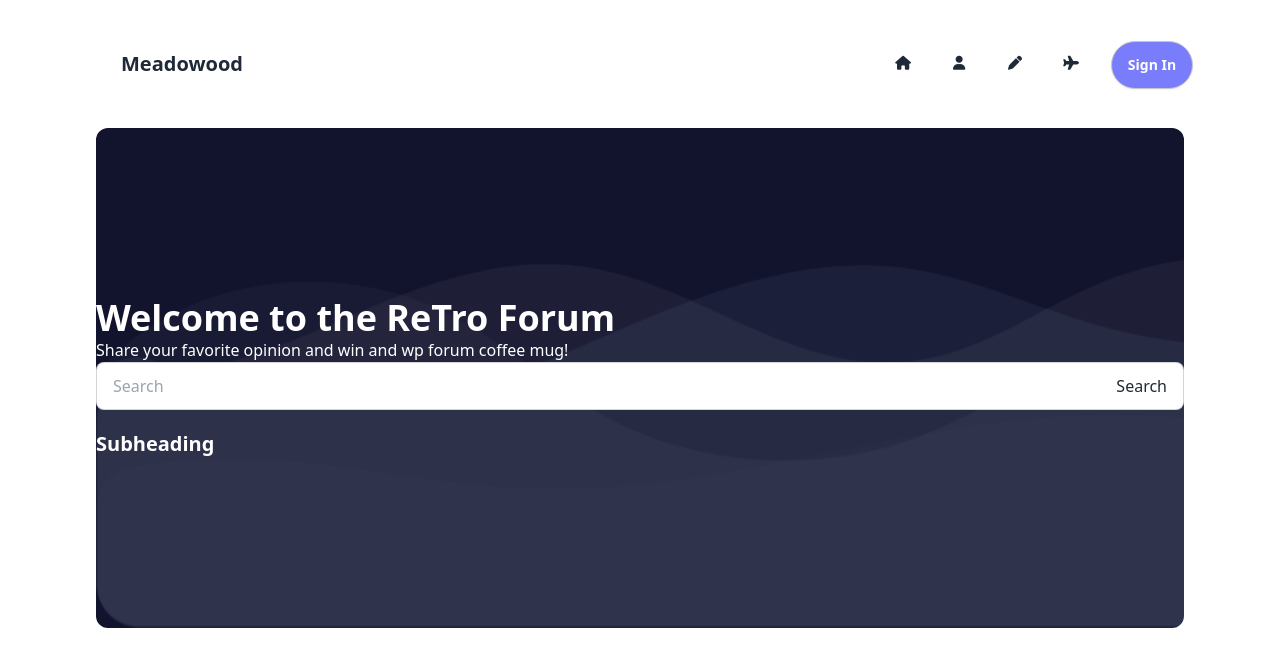
Repository: RudrasahaDibos/Meadowood-Forum
Page: index.html
These files come from the project's save history. The page is drawn as it stood at one moment and after the next save; the edit follows.
The browser window is 1280 px wide. The pictures show the whole page.
Some web libraries are served in a nearby version.

Above is the page before, as saved 2024-11-24 12:41:12.

### index.html
<!DOCTYPE html>
<html lang="en">
    <head>
        <meta charset="UTF-8">
        <meta name="viewport" content="width=device-width, initial-scale=1.0">
        <title>Meadowood Forum</title>

        <!-- tailwind  -->
        <link
            href="https://cdn.jsdelivr.net/npm/daisyui@4.12.14/dist/full.min.css"
            rel="stylesheet" type="text/css" />
        <script src="https://cdn.tailwindcss.com"></script>

        <!-- font awesome  -->
        <link rel="stylesheet"
            href="https://cdnjs.cloudflare.com/ajax/libs/font-awesome/6.7.1/css/all.min.css"
            integrity="sha512-5Hs3dF2AEPkpNAR7UiOHba+lRSJNeM2ECkwxUIxC1Q/FLycGTbNapWXB4tP889k5T5Ju8fs4b1P5z/iB4nMfSQ=="
            crossorigin="anonymous" referrerpolicy="no-referrer" />

    </head>
    <body class="container mx-auto lg:px-24 px-8">
        <!-- header is start here  -->
        <header class="mt-8">
            <!-- navbar is start here  -->
            <div class="navbar bg-base-100">
                <div class="flex-1">
                    <a class="btn btn-ghost text-xl">Meadowood</a>
                </div>
                <div class="flex-none">
                    <div class="dropdown dropdown-end mr-6">
                        <div  role="button"
                            class="btn btn-ghost btn-circle flex w-full  ">
                            <div class="indicator rounded-full border-1 h-8 w-8 mr-4 tooltip" data-tip="home">
                                <i class="fa-solid fa-house h-5 w-5 mx-auto mt-2"></i>
                            </div>
                            <div class="indicator rounded-full border-1 h-8 w-8 mr-4 tooltip" data-tip="User">
                                <i class="fa-solid fa-user h-5 w-5 mx-auto mt-2"></i>
                            </div>
                            <div class="indicator rounded-full border-1 h-8 w-8 mr-4 tooltip" data-tip="pen">
                                <i class="fa-solid fa-pen h-5 w-5 mx-auto mt-2"></i>
                            </div>
                            <div class="indicator rounded-full border-1 h-8 w-8 mr-4 tooltip" data-tip="flight">
                                <i class="fa-solid fa-plane h-5 w-5 mx-auto mt-2"></i>
                            </div>
                        </div>

                    </div>
                    <div class="dropdown dropdown-end">
                        <div tabindex="0" role="button"
                            class="btn btn-ghost btn-circle avatar">

                                <button class="btn btn-active bg-[#797DFC] text-white rounded-full ">Sign In</button>

                        </div>
                        <ul
                            tabindex="0"
                            class="menu menu-sm dropdown-content bg-base-100 rounded-box z-[1] mt-3 w-52 p-2 shadow">
                            <li>
                                <a class="justify-between">
                                    Profile
                                    <span class="badge">New</span>
                                </a>
                            </li>
                            <li><a>Settings</a></li>
                            <li><a>Logout</a></li>
                        </ul>
                    </div>
                </div>
            </div>
            <!-- navbar is  end here  -->

             <!-- bannner start here  -->
             <div class="w-full relative bg-no-repeat bg-cover h-[500px] z-0 rounded-xl overflow-hidden mt-8 bg-[#12132D]" style="background-image: url('/images/bgbanner.png');">
                <div class="relative top-0 left-0 w-full h-full z-10  flex  justify-center flex-col gap-5 ">

                  <div>
                    <h2 class="text-4xl font-bold font-manrope text-white">Welcome to the ReTro Forum</h2>
                    <p class="text-white">Share your favorite opinion and win and wp forum coffee mug!</p>
                    <label class="input input-bordered flex items-center gap-2 ">
                        <input type="text" class="grow" placeholder="Search" />
                         <button>Search</button>
                      </label>
                  </div>

                <h6 class="text-xl font-bold font-manrope text-white">Subheading</h6>

                </div>
                </div>
             <!-- bannner end here  -->




        </header>
        <!-- header is end here  -->

        <!-- main is start here  -->
        <main>

        </main>
        <!-- main is end here  -->

        <!-- footer is start here  -->

        <!-- footer is end here  -->
    </body>
</html>

After the next save:
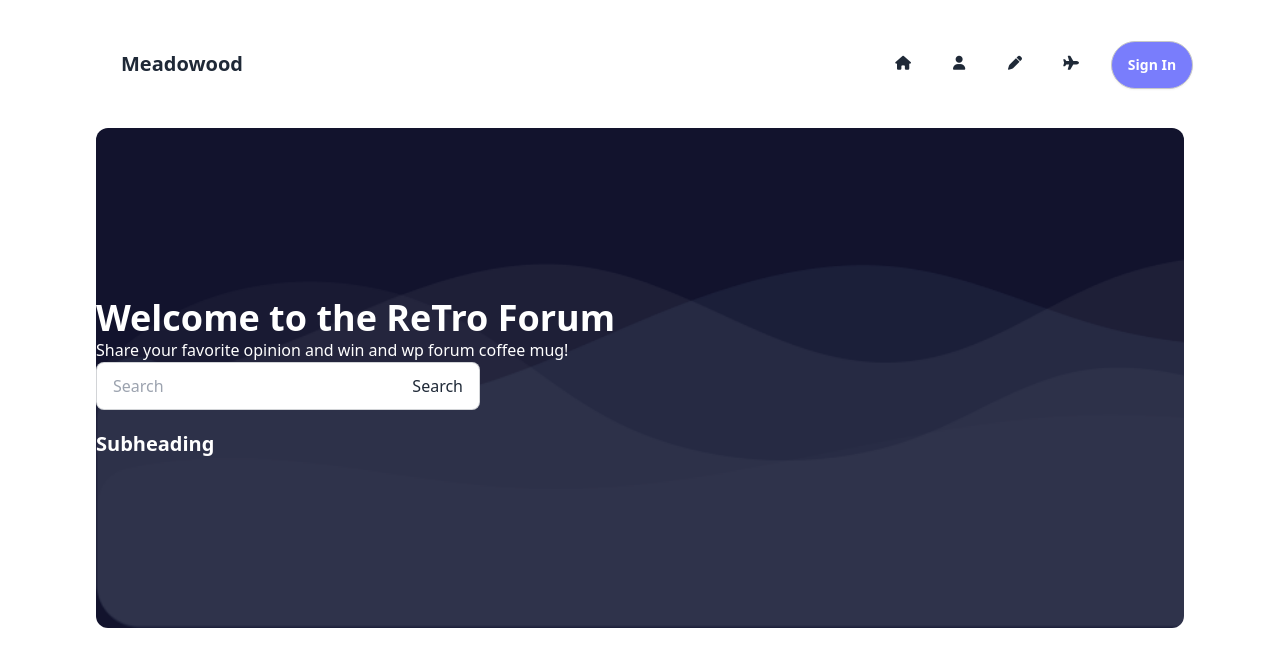
Saved 4 s later.
--- a/index.html
+++ b/index.html
@@ -76,7 +76,7 @@
                   <div>
                     <h2 class="text-4xl font-bold font-manrope text-white">Welcome to the ReTro Forum</h2>
                     <p class="text-white">Share your favorite opinion and win and wp forum coffee mug!</p>
-                    <label class="input input-bordered flex items-center gap-2 ">
+                    <label class="input input-bordered flex items-center gap-2 w-96">
                         <input type="text" class="grow" placeholder="Search" />
                          <button>Search</button>
                       </label>
